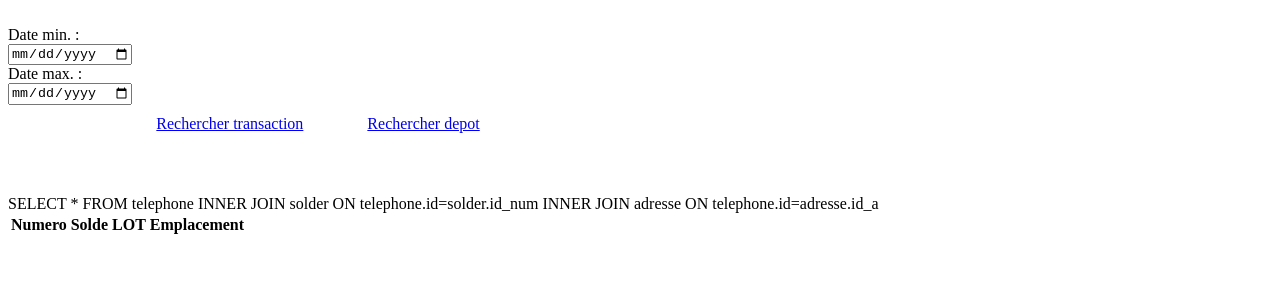
Repository: mitantsoa1/cash
Page: http://localhost/Views/Back/etat.php
An editor plug-in stored every save of this project. The page is shown before and after the next save, followed by the edit.
The browser window is 1280 px wide. The pictures show the whole page.
The page is run by PHP 8.4 with error messages shown; the project is at /var/www/html/. Queries for data that is not in the repository find no rows.

Above is the page before, as saved 2021-01-25 18:33:08.
Console error: SyntaxError: Unexpected token '<'

### Views/Back/etat.php

 <!DOCTYPE html>
 <html lang="en">
 <head>
     <meta charset="UTF-8">
     <meta name="viewport" content="width=device-width, initial-scale=1.0">
     <title>Document</title>
     <link rel="stylesheet" href="Publics/css/style.css">
     <link rel="stylesheet" href="Publics/vendor4/bootstrap/css/bootstrap.min.css">
    <link rel="stylesheet" href="Publics/vendor4/font-awesome5/css/all.css">

    <style>
        .btn_etat{
            /* margin-top: 20px; */
            position: relative;
            top: 32px;
            height: 30px;
            left: 20px;
            width: 200px;
        }
        #table_etat{
            height: 250px;
            overflow-y: auto;
            font-size: 1vw;
        }
        #btn_etat_recherche_depot{
            margin-left: 60px;
        }
    </style>
 </head>

 <body>
    <!-- <input type="text" name="myInput" id="myInput" class="col-md-3 col-md-offset-2" placeholder="search"><br><br> -->
    <div class="container div_etat" >
        <!-- <div class="row"> -->
                <!-- <div class="col-md-3"> -->
                   <br> <label>Date min. :</label><br>
                    <input type="date" class="form-control" id="date_min">	<br>
                <!-- </div> -->

                <!-- <div class="col-md-3"> -->
                    <label>Date max. :</label><br>
                    <input type="date" class="form-control" id="date_max">
                <!-- </div> -->
                    <a href="#" class="btn btn-info btn_etat" id="btn_etat_recherche">Rechercher transaction</a>
                    <a href="#" class="btn btn-info btn_etat" id="btn_etat_recherche_depot">Rechercher depot</a>
                    <br><br><br><br>

        <!-- </div> -->
    </div>


    <br><br>
                <?php
					include '../../Models/Database.class.php';
					$db = new Database();
					Database::init('localhost','cash','root','');
						$table = $db->selectSP()
                                        ->from('solder')
                                        ->innerJoin("solder","telephone","id_num","id")
                                        ->innerJoin("telephone","adresse","id","id_a")
										->executeSP();
						echo " <br><table class='table table-striped table-hover table-bordered' id='myTable'>
								<thead>
									<th>Numero</th>
                                    <th>Solde</th>
                                    <th>LOT</th>
                                    <th>Emplacement</th>
								</thead>
								<tbody>";

						for ($i=0; $i < count($table); $i++) {
							echo "<tr>
									<td>".$table[$i]->numero."</td>
                                    <td>".$table[$i]->solde."</td>
                                    <td>".$table[$i]->lot."</td>
                                    <td>".$table[$i]->emplacement."</td>
								</tr>";
						}
						echo "</tbody>
							</table>";
				?>
     <div class="etat_recherche container div_etat">

       </div>
    <script src="Publics/js/jquery-3.1.1.js"></script>
    <script src="Publics/vendor4/bootstrap/js/bootstrap.js"></script>
    <script src="Publics/js/select.js"></script>
 </body>
 </html>

### Models/Database.class.php
<?php
    class Database {
        private $query;
        private static $host;
        private static $dbname;
        private static $user;
        private static $pass;
        private static $conn;
        // private $reqA;
        // private $tableA=[];

        public static function init($host,$dbname,$user,$pass){
            self:: $host  = htmlspecialchars(trim($host));
            self:: $dbname  = htmlspecialchars(trim($dbname));
            self:: $user  = htmlspecialchars(trim($user));
            self:: $pass  = htmlspecialchars(trim($pass));
        }

        public static function db(){
            if(!isset(self::$conn)){
                self::$conn = new PDO("mysql:host=".self::$host.";dbname=".self::$dbname,self::$user,self::$pass);
            }
            return self::$conn;
        }
        public function insert($table){
            $table = htmlspecialchars(trim($table));
            $this ->query = "INSERT INTO ".$table ;
            return $this;
        }
        public function parametters($fields){
            $this->query.=" (";
            $cols="";
            $value=" VALUE (";
            for($i=0; $i<count($fields); $i++){
                $cols.=$fields[$i].",";
            }
            $cols = trim($cols,",");
            $cols.=")";
            for($i=0; $i<count($fields); $i++){
                $value.="?,";
            }
            $value = trim($value,",");
            $value.=")";
            $this->query.=$cols.$value;

            return $this;

        }
        public function paramettersNV($fields){
            $this->query.=" (";
            $cols="";
            for($i=0; $i<count($fields); $i++){
                $cols.=$fields[$i].",";
            }
            $cols = trim($cols,",");
            $cols.=")";

            $this->query.=$cols;

            return $this;

        }
        public function selectSP(){
                $this->query = "SELECT * ";
                return $this;
        }

        public function select($fields){
            $this->query = "SELECT ";
            $this->query.=" (";
            $cols="";
            for($i=0; $i<count($fields); $i++){
                $cols.=$fields[$i].",";
            }
            $cols = trim($cols,",");
            $cols.=")";

            $this->query.=$cols;

            return $this;
        }
        public function from($table){
            $table = htmlspecialchars((trim($table)));
            $this->query .= " FROM ".$table;

            return $this;

        }
        public function getQuery(){
            echo $this->query;
        }

        public function execute($data){

            if(strpos($this->query,"?") > -1){
                $req = self::db()->prepare($this->query);
                $req->execute($data);
                return $req->fetchAll(PDO::FETCH_OBJ);
            }
        }
        // public function executeAff($data){
        //     if(strpos($this->query,"?") > -1){
        //         $reqA = self::db()->prepare($this->query);
        //         $reqA->execute($data);
        //         return $reqA->fetchAll(PDO::FETCH_OBJ);
        //     }
        // }
        public function executeSP(){
                $req = self::db()->prepare($this->query);
                $req->execute();
                return $req->fetchAll(PDO::FETCH_OBJ);
        }

        public function sum($table,$fields) {
            $fields = htmlspecialchars(trim($fields)) ;
            $table = htmlspecialchars(trim($table)) ;
            $this->query="SELECT SUM(".$fields.") AS somme FROM ".$table ;
            return $this ;
        }

        public function update($table){
            $this->query = "UPDATE ".$table;

            return $this;
        }
        public function set($fields){
            $this->query .=" SET ";
            for ($i=0; $i<count($fields); $i++){
                $this->query .= $fields[$i]." = ? ,";
            }
            $this->query= trim($this->query,",");

            return $this;
        }

        public function where($primary,$operator){
            $this->query.=" WHERE ".$primary." ".$operator." ?";
            return $this;
        }

        public function delete($table){
            $table = htmlspecialchars(trim($table));
            $this->query = "DELETE FROM ".$table;
            return $this;

        }
        public function et($col,$operator){
            $sql="";
            for($i=0; $i<count($col);$i++){
                $sql.= " AND ".$col[$i]." ".$operator[$i]." ?";
            }
            $this->query .=$sql;

            return $this;
        }
        public function ou($col,$operator){
            $sql="";
            for($i=0; $i<count($col);$i++){
                $sql.= " OR ".$col[$i]." ".$operator[$i]." ?";
            }
            $this->query .=$sql;

            return $this;
        }
        public function out($col){
            $sql="";
            for($i=0; $i<count($col);$i++){
                $sql.= " OR ".$col[$i]." LIKE ?";
            }
            $this->query .=$sql;

            return $this;
        }
        public function retour(){
            return "success";
        }
        public function innerJoin($table1,$table2,$id1,$id2){
            $table1 = htmlspecialchars(trim($table1));
            $table2 = htmlspecialchars(trim($table2));
            $id1 = htmlspecialchars(trim($id1));
            $id2 = htmlspecialchars(trim($id2));

            $this->query .=" INNER JOIN ".$table2." ON ".$table1.".".$id1."=".$table2.".".$id2;
            return $this;
        }
        public function like($cols,$wildcards){
            $this->query .= " WHERE ".$cols." LIKE ".$wildcards;
            return $this;
        }
        public function lik($cols){
            $this->query .= " WHERE ".$cols." LIKE ?";
            return $this;
        }
        public function order($col,$tri){
            $this->query.=" ORDER BY ".$col." ".$tri;
            return $this;
        }
        public function limit($initial,$final){
            $this->query.=" LIMIT ".$initial.", ".$final;
            return $this;
        }

        // public function selectCom($tab){

        //     $query="SELECT * FROM commission where ";

        //     for($i=0;$i<count($tab);$i++){

        //         $query.= "operateur LIKE %".$tab[$i]."% or montant_min LIKE %".$tab[$i]."% or montant_max LIKE %".$tab[$i]."% or commission_d LIKE %".$tab[$i]."% or commission_r LIKE %".$tab[$i]."% or commission_t LIKE %".$tab[$i]."%";

        //     }
        //     $query = trim($query," ");
		// 	$stmt = self::$conn->prepare($query);
		// 	$stmt->execute();
		// 	$table=[];
		// 	$i=0;
		// 	while($x = $stmt->fetch(PDO::FETCH_OBJ)){
		// 		$table[$i]=$x;
		// 		$i++;
		// 	}
		// 	return $query;
		// }

    }
    $db = new Database();
    Database::init('localhost','cash','root','');
        $table = $db->selectSP()
                        ->from('telephone')
                        ->innerJoin("telephone","solder","id","id_num")
                        ->innerJoin("telephone","adresse","id","id_a")
                        ->getQuery();
    //  Database::init("localhost","cash","root","");
    //  $db = new Database();
    //  $t_lieu = $db ->selectSP()
    //  ->from("telephone")
    //  ->innerJoin("telephone","adresse","id_adresse","id")
    //  ->et(["telephone.numero"],["="])
    //  ->getQuery();
    //  $texte = "Voici une phrase ";
    //  $texte = trim($texte);
    //  $tab = explode(" ",$texte);

    //                                ->et(['type'],['='])
    //                                ->order("id","ASC")
    // $db ->insert('commission')
    //                           ->parametters(['operateur','montant_min','montant_max','commission_d','commission_r','commission_t'])



    // $tab = $db ->selectSP()
    // ->from("transaction")
    // ->where("date",">=")
    // ->et(["date"],["<="])
    // ->getQuery();
    // $db ->insert("depot")
    //                           ->parametters(['operateur','montant','description'])
    //                           ->execute(['telma',10000,'ici']);
                            //   ->getQuery();
    // $db ->update("adresse")
    //                                          ->set(['lot','province'])
    //                                          ->where("id","=")
    // $tab = $db ->selectSP()->from("adresse")->getQuery();
                                    // ->executeSP();
                                    // var_dump($tab);

                                    // $db ->update("adresse")
                                    // ->set(['lot','province'])
    // $db->update("solder")
    //                         //   ->paramettersNV(['solde','observation'])
    //                           ->set(['solde','observation'])
    //                           ->where("operateur","=")
    //                           ->execute([20050,'drer','airtel']);
    // $tab = $db  ->selectSP()
    // ->from("solde")
    // ->where("username", "=")
    // ->et(["password","id_operator"], ["=","="])
    // ->getQuery();

    // $table = $db  ->selectSP()
    // ->from("voiture")
    // ->innerJoin("voiture", "personne", "id_personne", "id")
    // ->lik("matricule")
    // ->out(["marque","couleur","nom","prenom"])
    // ->getQuery();

//     $db  ->selectSP()
//     ->from("voiture")
//   ->where("matricule","=")
//     // -> set(["matricule","marque","place","couleur","id_personne"])
// $_POST["chercher"]="tr";
// $wild='%'.$_POST["chercher"].'%';
//         $table = $db  ->selectSP()
//                                      ->from("voiture")
//                                      ->innerJoin("voiture", "personne", "id_personne", "id")
//                                      ->like("matricule",$wild)
//                                      ->getQuery();
// //     ->getQuery();

    // Database::init("localhost","stage","root","");
    // $db = new Database();
    // $db  ->update("voiture")
    // ->paramettersNV(["matricule","marque","place","couleur","id_personne"])
    // -> set(["matricule","marque","place","couleur","id_personne"])
    // ->where("id","=")
    // ->getQuery();
    //                                 ->paramettersNV(["nom","prenom","adresse"])
    //                                 ->set(["nom","prenom","adresse"])
    //                                 ->where("id","=")
    //                                 ->getQuery();
                                    // ->executeSP(["nom","prenom","adresse",7]);
// $tab=$db->selectSP()
// ->from("voiture")
// ->like("marque","'a%'")
// ->where("matricule","=")
// // ->executeAff(["a"]);
// // ->getQuery();
// ->executeSP();
// var_dump($tab) ;
// for($i=0;$i<count($tab);$i++){
// echo $tab[$i]->marque."<br>";
// }

// ->innerJoin("voiture","personne","id_personne","id")
// ->getQuery();
// $db = new Database();
//     $db ->update("personne")
//         ->set(["nom","prenom"])
//         -> where("prenom","=")
//         ->getQuery();
// $db->delete("personne")
// -> where("nom","=")
//        ->getQuery();
// $tab = $db ->selectSP()
//                 ->from("voiture")
//                 ->where("id","=")
//                 // ->getQuery();
//                 ->execute([3]);
//                 var_dump($tab);
?>

### index.php
<?php

require_once ("Controls/Controllers.class.php");
// require_once ("Models/Database.class.php");
// Database::init("localhost","stage","root","");

if(isset($_GET['action'])){
    if(method_exists("Controllers",$_GET['action'])){
        $reflect = new ReflectionMethod("Controllers",$_GET['action']);
        $class = "Controllers";
        $reflect -> invoke(new $class);
    }else{
        Controllers::frontLoadView("erreur.php");
    }
}else{
    Controllers::FrontLoadView("asc.php");
}

?>

### Controls/Controllers.class.php
<?php

    class Controllers{

        public static function BackLoadView($page){
            include("Views/Back/".$page);
        }
        public static function FrontLoadView($page){
            include("Views/Front/".$page);
        }
        public function logout(){
            self::BackLoadView("logOut.php");
        }
        // public function monCompte(){

        // }
        // public function inscrire(){
        //     if (isset($_POST['btnIndex'])){
        //         require_once('Models/Database.class.php');
        //         Database::init("localhost","cash","root","");
        //         $db = new Database();

        //         $username = htmlspecialchars(trim($_POST['username']));
        //         $password = htmlspecialchars(trim($_POST['password']));
        //         $operator = $_POST['selectOperator'];

        //         $tab = $db  ->selectSP()
        //                         ->from("solde")
        //                         ->where("username","=")
        //                         ->execute([$username]);
        //             if(count($tab)>0){
        //                 echo "Erreur ! le nom est déjà pris. Veillez choisir un autre.";
        //             }else{
        //                 $db->insert("solde")
        //                     ->parametters(["username","password","operator"])
        //                     ->execute([$username,$password,$operator]);
        //             }

        //     }
        // }
        // public function connecter(){
        //     require_once('Models/Database.class.php');
        //     Database::init("localhost","cash","root","");
        //         $db = new Database();
        //         self::loadView("indexViews.php");
        //     if (isset($_POST['btnIndex'])) {
        //         $username = htmlspecialchars(trim($_POST['username']));
        //         $password = htmlspecialchars(trim($_POST['password']));
        //         $operator = $_POST['selectOperateur'];
        //         $tab = $db  ->selectSP()
        //                     ->from("solde")
        //                     ->where("username","=")
        //                     ->et(["userpass","id_operator"], ["=","="])
        //                     ->execute([$username,$password,$operator]);

        //                     var_dump($tab);
        //         if(count($tab)>0){
        //             self::loadView("accueil.php");
        //         }else{
        //             self::loadView("erreur.php");
        //         }
        //     }

        // }

    }


?>

### Views/Front/erreur.php
<!DOCTYPE html>
<html lang="fr">
<head>
    <meta charset="UTF-8">
    <meta name="viewport" content="width=device-width, initial-scale=1.0">
    <title>Page invalide</title>
</head>
<body>
    <h1>ERROR 404</h1>

        <p>Cette page n'est pas disponible</p>
</body>
</html>

After the next save:
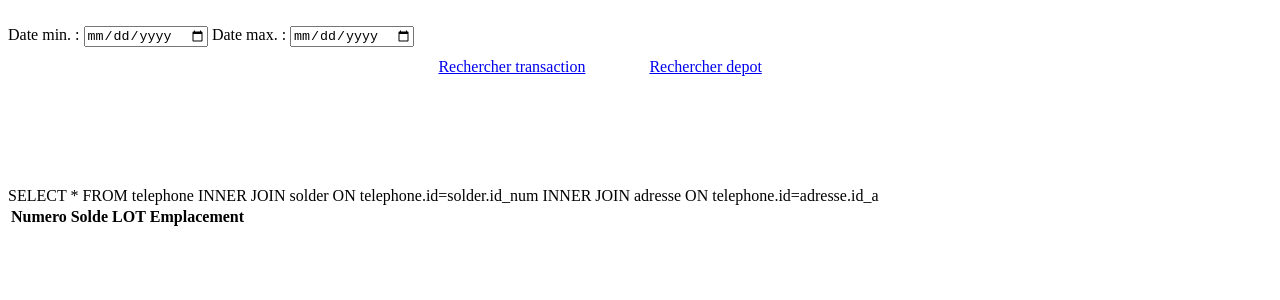
Saved 13 h 4 min later.
--- a/Views/Back/etat.php
+++ b/Views/Back/etat.php
@@ -34,17 +34,17 @@
     <div class="container div_etat" >
         <!-- <div class="row"> -->
                 <!-- <div class="col-md-3"> -->
-                   <br> <label>Date min. :</label><br>
-                    <input type="date" class="form-control" id="date_min">	<br>
+                   <br> <label>Date min. :</label>
+                    <input type="date" class="form-control" id="date_min">
                 <!-- </div> -->
 
                 <!-- <div class="col-md-3"> -->
-                    <label>Date max. :</label><br>
+                    <label>Date max. :</label>
                     <input type="date" class="form-control" id="date_max">
                 <!-- </div> -->
                     <a href="#" class="btn btn-info btn_etat" id="btn_etat_recherche">Rechercher transaction</a>
                     <a href="#" class="btn btn-info btn_etat" id="btn_etat_recherche_depot">Rechercher depot</a>
-                    <br><br><br><br>
+                   <p><br><br><br><br></p>
 
         <!-- </div> -->
     </div>
